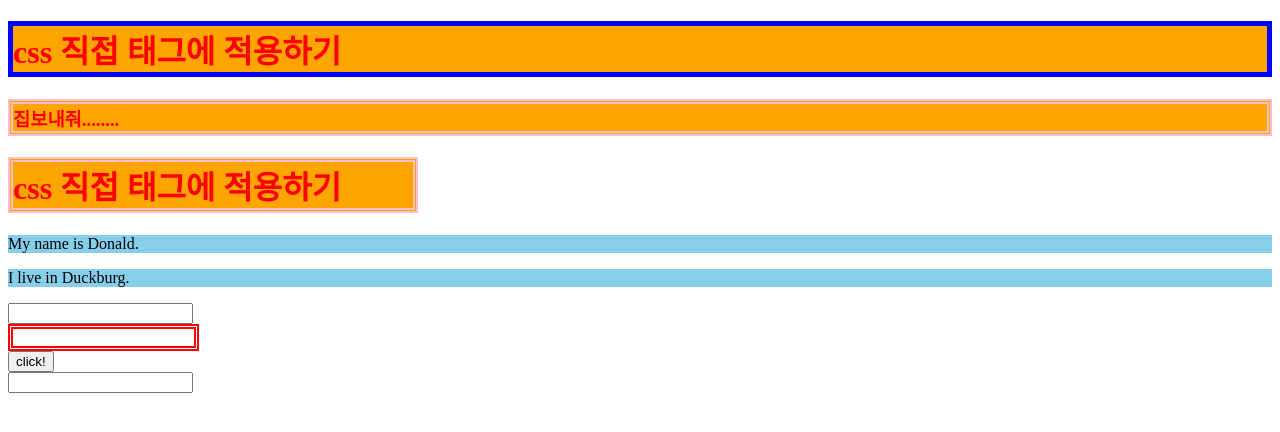
Repository: JeongHyeongKim/practice_myself
Page: Si_basic/WebProject/setp01_HTMLCS/WebContent/CSS/ex02_CSSExternal.html
An editor plug-in stored every save of this project. The page is shown before and after the next save, followed by the edit.
The browser window is 1280 px wide. The pictures show the whole page.

Above is the page before, as saved 2019-04-22 08:08:38.

### Si_basic/WebProject/setp01_HTMLCS/WebContent/CSS/ex02_CSSExternal.html
<!DOCTYPE html>
<html>
<head>
	<meta charset="UTF-8">
	<title>Insert title here</title>
	<style>
		/*This area is permitted to only css*/
		/* 1. 태그에 적용하기*/
		h1,h3{color:red; border: double pink 5px;}

		/* 2. id로 적용하기*/
		#a{color:green; font-style:italic;}
		#aa{width:400px;}

		/* 3. class로 적용하기*/
		.b{background-color:orange;}
		.bb{font-family:궁서체;}

		/* 4. 특정 element의 하위 요소 찾기*/
		div > p {background-color:skyblue;} /*div태그에 대해 직계의 하위요소 찾기*/
		/*div p {background-color:skyblue;}*/ /*div태그 밑에 있는 모든 하위요소를 찾는다.*/

		/* 5. 속성으로 찾기 [] */
		input[type="password"]{border:double red 5px;}
	</style>
</head>
	<body>
		<!-- 태그에 직접 css적용하면 간단하게 처리할 때 직관적으로 좋지만, 동일한 태그에 적용할 때는 반복해서 코드가 드간다. -->
		<h1 style="color:red; border:solid blue 5px;" class="b">css 직접 태그에 적용하기</h1> <!--  직접 적용하는 태그가 우선순위기 때문에 결과는 밑에꺼랑 다르다. -->

		<h3 class="b">집보내줘........</h3>

		<h1 id="aa" class="b bb">css 직접 태그에 적용하기</h1>
		<!-- class는 공백으로 구분해서 여러가지 클래스로 css를 적용 할 수 있지만, id는 아니다. -->

		<div>
		  <p>My name is Donald.</p>
		  <p>I live in Duckburg.</p>
		</div>

		<form>
			<input type="text" name="id"><br>
			<input type="password" name="pwd"><br>
			<input type="button" name="btn" value="click!"><br>
			<input type="text" name="addr"><br>
		</form>


	</body>
</html>

After the next save:
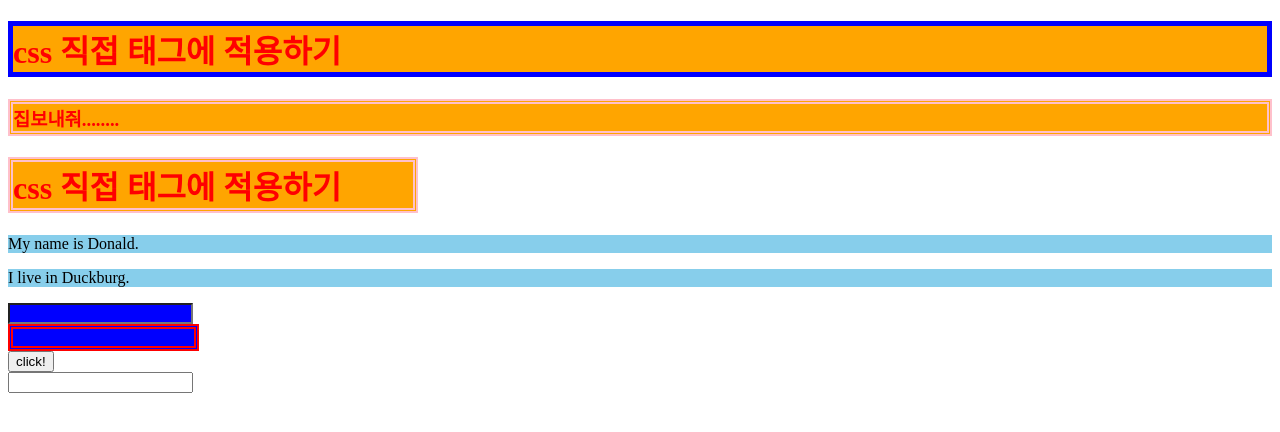
Saved 71 s later.
--- a/Si_basic/WebProject/setp01_HTMLCS/WebContent/CSS/ex02_CSSExternal.html
+++ b/Si_basic/WebProject/setp01_HTMLCS/WebContent/CSS/ex02_CSSExternal.html
@@ -22,6 +22,7 @@
 
 		/* 5. 속성으로 찾기 [] */
 		input[type="password"]{border:double red 5px;}
+		input[name$=d]{background-color:blue;}
 	</style>
 </head>
 	<body>
